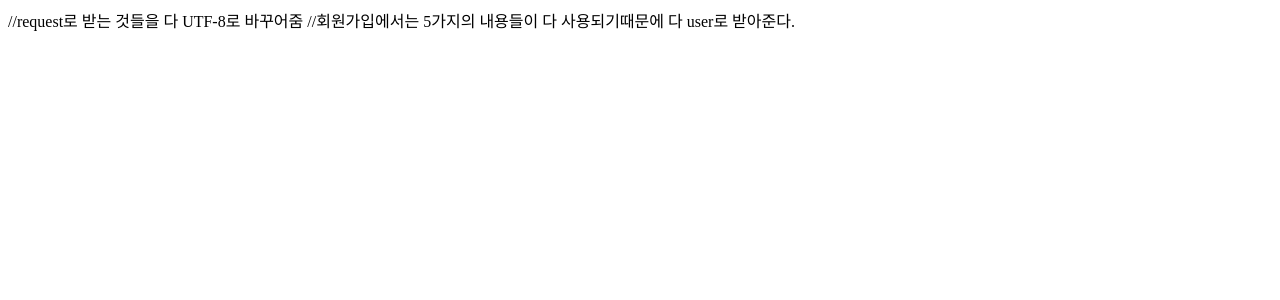
Repository: hanseu9839/BbsJSP
Page: http://localhost/BBS/joinAction.jsp
The author's editor kept a copy of each file at every save. The page is drawn from the files as they stood at one save, then again after the next save.
The browser window is 1280 px wide. The pictures show the whole page.
The page is served by Tomcat 9. Other server files are loaded and not shown.

Above is the page before, as saved 2021-05-03 02:48:37.
Console error: SyntaxError: Unexpected identifier 'back'

### BBS/src/main/webapp/joinAction.jsp
<%@ page language="java" contentType="text/html; charset=UTF-8"
    pageEncoding="UTF-8"%>
    <!-- UTF-8은 요즘 가장 많이 쓰이는 대표적인 형식 (한글,영어) 둘다 지원됨 -->
    <%@ page import="user.UserDAO" %>
    <%@ page import="java.io.PrintWriter" %>
    <% request.setCharacterEncoding("UTF-8"); %> //request로 받는 것들을 다 UTF-8로 바꾸어줌
    <jsp:useBean id="user" class="user.User" scope="page"/> //회원가입에서는 5가지의 내용들이 다 사용되기때문에 다 user로 받아준다.
    <jsp:setProperty name="user" property="userID"/>
    <jsp:setProperty name="user" property="userPassword"/>
     <jsp:setProperty name="user" property="userName"/>
    <jsp:setProperty name="user" property="userGender"/>
     <jsp:setProperty name="user" property="userEmail"/>
<!DOCTYPE html>
<html>
<head>
<meta http-equiv="Content-Type" content="text/html; charset=UTF-8">
<title>JSP 게시판 웹사이트 </title>
</head>
<body>
   <%
   	String userID = null;
   	if(session.getAttribute("userID") != null){
 	  	userID = (String)session.getAttribute("userID");
  	 }
 	  if(userID != null) {
 		  PrintWriter script = response.getWriter();
       	script.println("<script>");
       	script.println("alert('이미 로그인이 되어있습니다.')");
       	script.println("location.href = 'main.jsp'");
       	script.println("</script>");
   	}
   	if(user.getUserID() == null || user.getUserPassword()==null || user.getUserName() == null ||
   		  user.getUserGender() == null || user.getUserEmail()==null){
	   	PrintWriter script = response.getWriter();
       	script.println("<script>");
       	script.println("alert('입력이 안 된 사항이 있습니다.')");
       	script.println("history back()");
       	script.println("</script>");
   	} else {
	    UserDAO userDAO = new UserDAO(); //UserDAO객체에서 하나의 userDAO를 만들어준다.
	      int result = userDAO.join(user); //join메서드를 사용하기때문에 userDAO.join이다. user내용을 result에 받는다.
	      if(result== -1){ //실패하는 경우 이미 있는 아이디일 경우 실패한다.
	         PrintWriter script = response.getWriter();
	         script.println("<script>");
	         script.println("alert('이미 존재하는 아이디입니다.')");
	         script.println("history.back()"); // 이전페이지로 다시 돌아가는 부분
	         script.println("</script>");
	      }
	      else {
	    	  	 session.setAttribute("userID", user.getUserID());
	        	 PrintWriter script = response.getWriter();
	        	 script.println("<script>");
	         	 script.println("location.href = 'main.jsp'");
	         	script.println("</script>");
	      } //회원가입이 된 경우 로그인 페이지로 이동한다.
  	 }

   %>
</body>
</html>

### BBS/src/main/java/user/User.java
package user;

public class User {
   private String userID;
   private String userPassword;
   private String userName;
   private String userGender;
   public String getUserID() {
      return userID;
   }
   public void setUserID(String userID) {
      this.userID = userID;
   }
   public String getUserPassword() {
      return userPassword;
   }
   public void setUserPassword(String userPassword) {
      this.userPassword = userPassword;
   }
   public String getUserName() {
      return userName;
   }
   public void setUserName(String userName) {
      this.userName = userName;
   }
   public String getUserGender() {
      return userGender;
   }
   public void setUserGender(String userGender) {
      this.userGender = userGender;
   }
   public String getUserEmail() {
      return userEmail;
   }
   public void setUserEmail(String userEmail) {
      this.userEmail = userEmail;
   }
   private String userEmail;

}

After the next save:
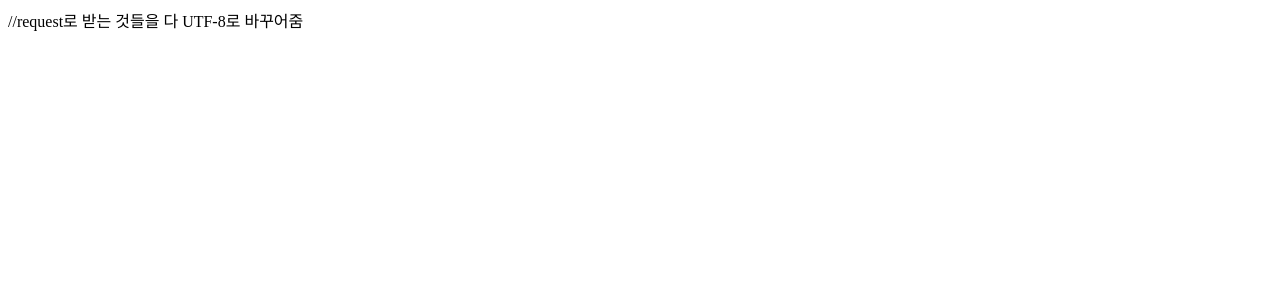
Saved 19 s later.
--- a/BBS/src/main/webapp/joinAction.jsp
+++ b/BBS/src/main/webapp/joinAction.jsp
@@ -4,7 +4,7 @@
     <%@ page import="user.UserDAO" %>
     <%@ page import="java.io.PrintWriter" %>
     <% request.setCharacterEncoding("UTF-8"); %> //request로 받는 것들을 다 UTF-8로 바꾸어줌
-    <jsp:useBean id="user" class="user.User" scope="page"/> //회원가입에서는 5가지의 내용들이 다 사용되기때문에 다 user로 받아준다.
+    <jsp:useBean id="user" class="user.User" scope="page"/> <!-- 회원가입에서는 5가지의 내용들이 다 사용되기때문에 다 user로 받아준다.  -->
     <jsp:setProperty name="user" property="userID"/>
     <jsp:setProperty name="user" property="userPassword"/>
      <jsp:setProperty name="user" property="userName"/>
